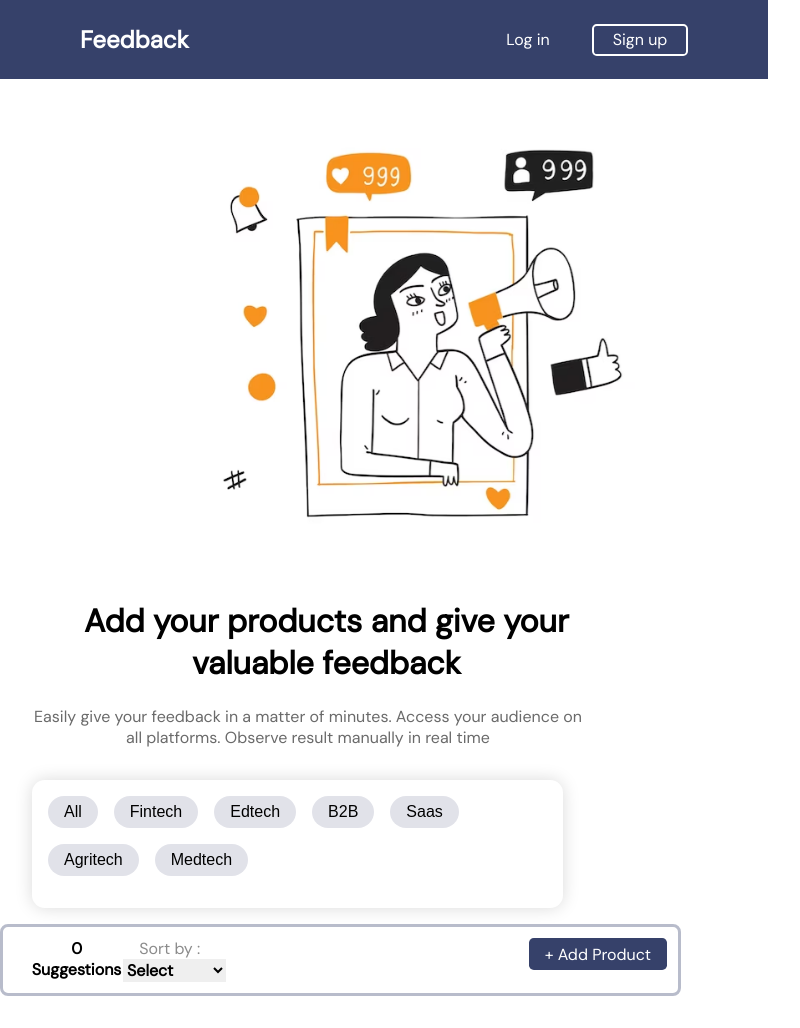
Repository: drumsmanku/final-evaluation-test
Page: / (app in client/)
An editor plug-in stored every save of this project. The page is shown before and after the next save, followed by the edit.
The browser window is 768 px wide. The page is 800 px wide, so the pictures cover 800 px, including what lies to the right of the window. The pictures show the whole page.
The page's requests for data from a server got no answer. The project was rebuilt for these pictures with package versions that can differ from the ones it lists, and the page was loaded fresh each time. No one was signed in, and anything a server would have sent is missing. Also part of the build but not shown: client/src/CSS/LoginPopUp.css, client/src/Components/LoginPopUp.js, client/src/CSS/SignupPopUp.css, client/src/Components/SignupPopUp.js, client/src/CSS/AddProductPopUp.css, client/src/Components/AddProductPopUp.js, client/src/Components/CommentsSection.js, client/src/CSS/SignUp.css and 3 more.

Above is the page before, as saved 2023-08-01 00:31:32.

After the next save:
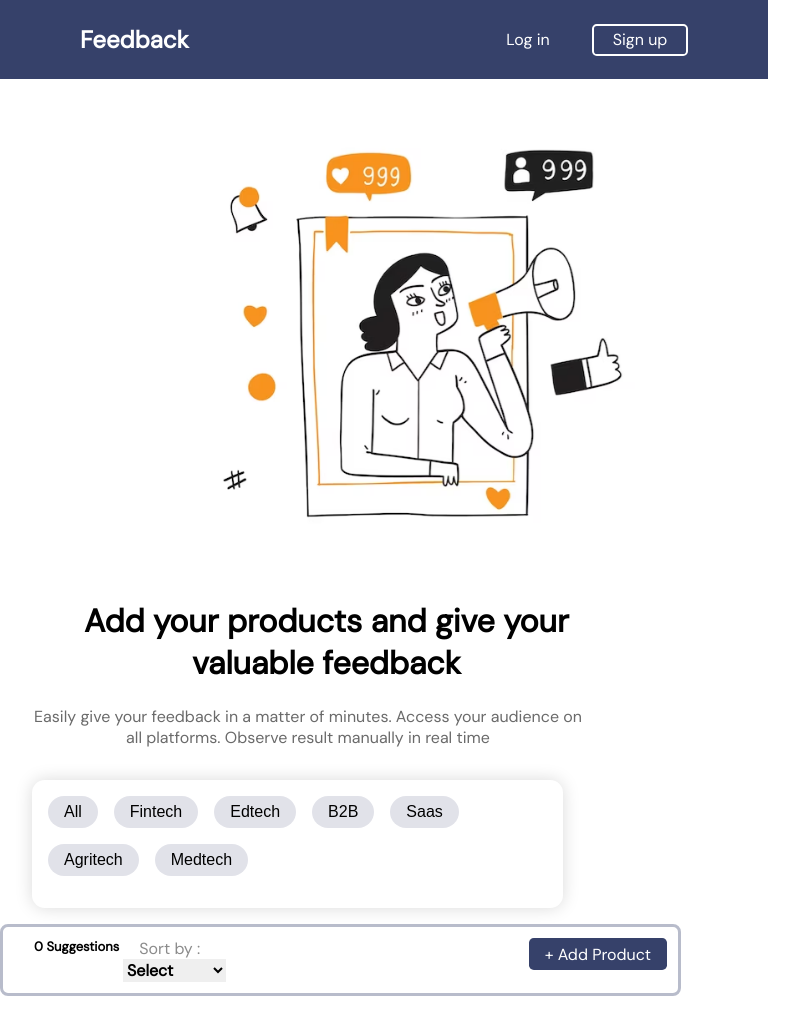
Saved 22 s later.
--- a/client/src/CSS/MainPage.css
+++ b/client/src/CSS/MainPage.css
@@ -182,6 +182,7 @@ body{
   }
   .bottom-top-right{
     width: 85vw;
+    font-size: small;
   }
   .suggestions{
     width: 100%;
